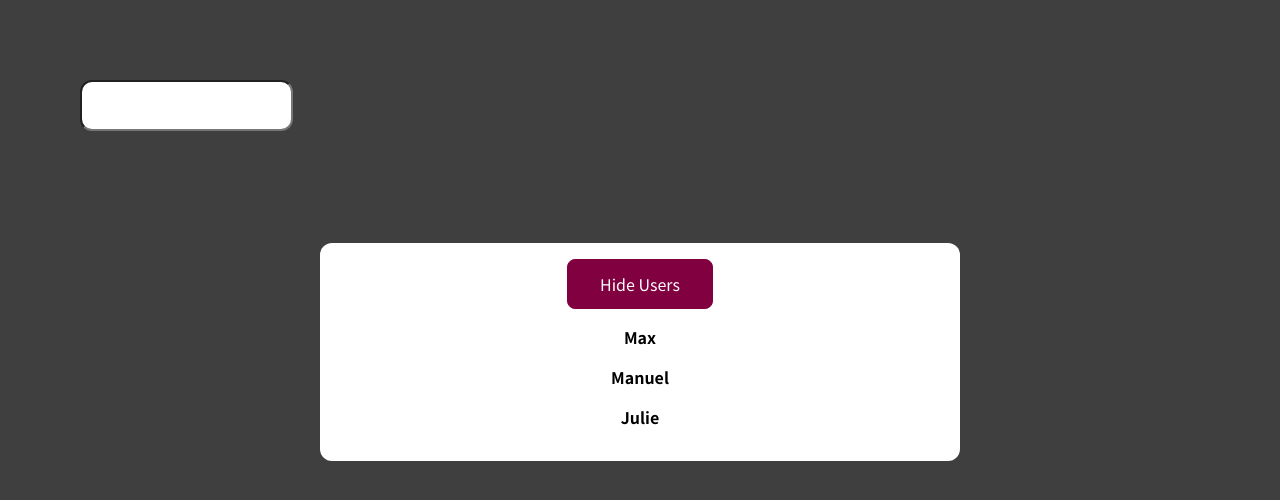
Repository: prathmeshgodbole/React-Class-Based
Page: /
These files come from the project's save history. The page is drawn as it stood at one moment and after a run of saves; the edit follows.
The browser window is 1280 px wide. The pictures show the whole page.
The project was rebuilt for these pictures with package versions that can differ from the ones it lists, and the page was loaded fresh each time.

Above is the page before, as saved 2021-07-15 15:24:47.

### src/App.js
import UserFinder from './components/UserFinder';
// import Users from './components/Users';

function App() {
  return (
    <div>
    <UserFinder/>
    </div>
  );
}

export default App;

### src/components/UserFinder.js
import { Fragment, useState, useEffect } from 'react';
import classes from './UserFinder.module.css'
import Users from './Users';

const DUMMY_USERS = [
  { id: "u1", name: "Max" },
  { id: "u2", name: "Manuel" },
  { id: "u3", name: "Julie" },
];

const UserFinder = () => {
  const [filteredUsers, setFilteredUsers] = useState(DUMMY_USERS);
  const [searchTerm, setSearchTerm] = useState('');

  useEffect(() => {
    setFilteredUsers(
      DUMMY_USERS.filter((user) => user.name.includes(searchTerm))
    );
  }, [searchTerm]);

  const searchChangeHandler = (event) => {
    setSearchTerm(event.target.value);
  };

  return (
    <Fragment >
      <input className={classes.finder} type='search' onChange={searchChangeHandler} />
      <Users users={filteredUsers} />
    </Fragment>
  );
};

export default UserFinder;

### src/components/UserFinder.module.css
.finder {
    margin: 5rem;
    /* margin: 2rem auto; */
    background-color: white;
    padding: 1rem;
    border-radius: 12px;
    max-width: 40rem;
    text-align: center;
}

### src/components/Users.js
import { Component } from "react";
import User from "./User";

import classes from "./Users.module.css";


class Users extends Component {
  constructor() {
    super();
    this.state = {
      showUsers: true,
    };
  }

  toggleUsersHandler() {
    this.setState((curState) => {
      return{
        showUsers:!curState.showUsers
      };
    });
  }

  render() {
    const usersList = (
    <ul>
      {this.props.users.map((user) => (
        <User key={user.id} name={user.name} />
      ))}
    </ul>
  );
    return (
      <div className={classes.users}>
        <button onClick={this.toggleUsersHandler.bind(this)}>
          {this.state.showUsers ? "Hide" : "Show"} Users
        </button>
        {this.state.showUsers && usersList}
      </div>
    );
  }
}

// const Users = () => {
//   const [showUsers, setShowUsers] = useState(true);

//   const toggleUsersHandler = () => {
//     setShowUsers((curState) => !curState);
//   };

  // const usersList = (
  //   <ul>
  //     {DUMMY_USERS.map((user) => (
  //       <User key={user.id} name={user.name} />
  //     ))}
  //   </ul>
  // );

  // return (
  //   <div className={classes.users}>
  //     <button onClick={toggleUsersHandler}>
  //       {showUsers ? 'Hide' : 'Show'} Users
  //     </button>
  //     {showUsers && usersList}
  //   </div>
  // );
// };

export default Users;

### src/components/User.js
import React,{Component} from 'react';
import classes from './User.module.css';


class User extends Component{
  render(){
    return <li className={classes.user}>{this.props.name}</li>;
  }
}

// const User = (props) => {
//   return <li className={classes.user}>{props.name}</li>;
// };

export default User;

Loaded but not shown: public/index.html (common file); src/index.js (common file); src/index.css (common file); src/components/Users.module.css (common file); src/components/User.module.css (common file)

After the next 3 saves:
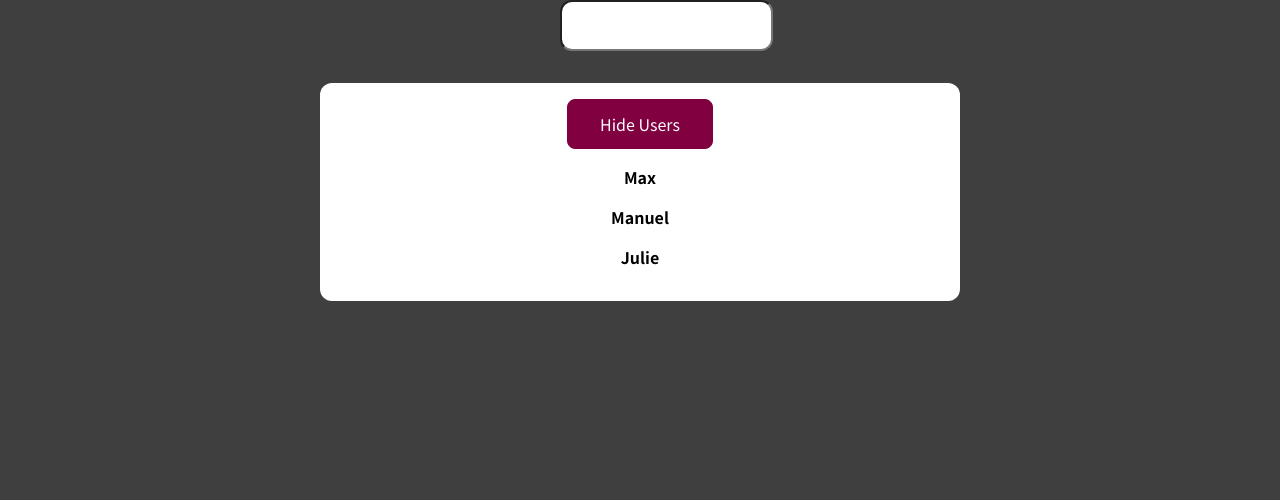
The 3 saves are shown as one change because they came seconds apart.
The last was saved 10 s later.
--- a/src/components/UserFinder.module.css
+++ b/src/components/UserFinder.module.css
@@ -1,5 +1,6 @@
 .finder {
-    margin: 5rem;
+    margin: ;
+    margin-left: 42em;
     /* margin: 2rem auto; */
     background-color: white;
     padding: 1rem;
